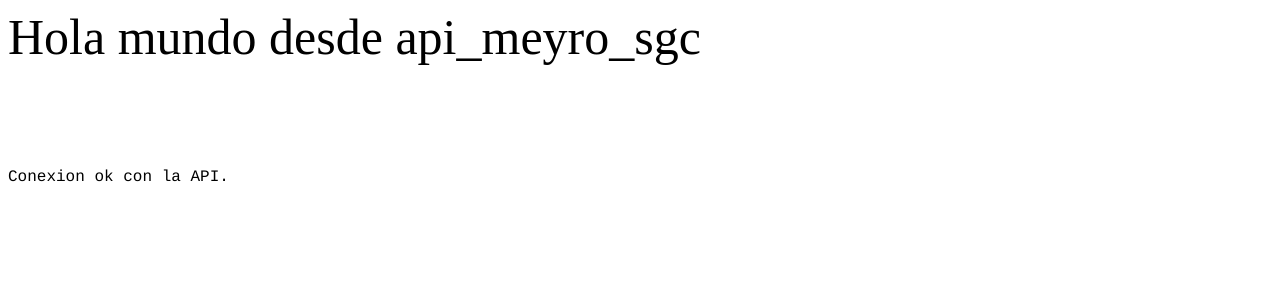
Repository: danieldebrito/api_meyro_sgc
Page: http://localhost/api_meyro_sgc/app/index.php
The author's editor kept a copy of each file at every save. The page is drawn from the files as they stood at one save, then again after the next save.
The browser window is 1280 px wide. The pictures show the whole page.
The page is run by PHP 8.4 with error messages shown; the project is at /var/www/html/.

Above is the page before, as saved 2020-01-14 21:25:49.

### app/index.php
<?php
use \Psr\Http\Message\ServerRequestInterface as Request;
use \Psr\Http\Message\ResponseInterface as Response;

require '../composer/vendor/autoload.php';
require './AccesoDatos.php';

//////////// entidades //////////////////////////////////////////////////////
require './maquinasFolder/maquinas/maquinaApi.php';
require './maquinasFolder/especificaciones/especificacionApi.php';
require './maquinasFolder/maquinaRepuestos/maquinaRepuestoApi.php';
require './maquinasFolder/maq_rep/maq_repApi.php';
require './maquinasFolder/correctivo/correctivoApi.php';

$config['displayErrorDetails'] = true;
$config['addContentLengthHeader'] = false;

$app = new \Slim\App(["settings" => $config]);

$app->get("/", function() {
  echo "
  <p style='font-size:50px;'>Hola mundo desde api_meyro_sgc</p>
  <br> <br>
  <p style='font-family:courier;'>Conexion ok con la API.</p>
  ";
});

$app->group('/maquinas', function () {
  $this->get('/', \maquinaApi::class . ':getAll');
  $this->get('/{id}', \maquinaApi::class . ':getOne');
  $this->post('/', \maquinaApi::class . ':setOne');
  $this->delete('/{id}[/]', \maquinaAPI::class . ':delete');
  $this->post('/update[/]', \maquinaApi::class . ':updateOne');
});

$app->group('/especificaciones', function () {
  $this->get('/', \especificacionApi::class . ':getAll');
  $this->get('/{id}', \especificacionApi::class . ':getOne');
  $this->post('/', \especificacionApi::class . ':setOne');
  $this->delete('/{id}[/]', \especificacionApi::class . ':delete');
  $this->post('/update[/]', \especificacionApi::class . ':updateOne');

  $this->get('/maquinas/{id}', \especificacionApi::class . ':getAllMaquina');
  $this->delete('/maquinas/{id}[/]', \especificacionApi::class . ':deleteTodosMaquina');
});

$app->group('/maquinaRepuestos', function () {
  $this->get('/', \repuestoApi::class . ':getAll');
  $this->get('/{id}', \repuestoApi::class . ':getOne');
  $this->post('/', \repuestoApi::class . ':setOne');
  $this->delete('/{id}[/]', \repuestoApi::class . ':delete');
  $this->post('/update[/]', \repuestoApi::class . ':updateOne');
  $this->get('/porMaquina/{id}[/]', \repuestoApi::class . ':getAllMachine');
});

$app->group('/correctivos', function () {
  $this->get('/', \correctivoApi::class . ':getAll');
  $this->get('/{idMantCorrect}', \correctivoApi::class . ':getOne');
  $this->post('/', \correctivoApi::class . ':setOne');
  $this->delete('/{idMantCorrect}[/]', \correctivoApi::class . ':delete');
  $this->post('/update[/]', \correctivoApi::class . ':updateOne');
});

$app->group('/maq_reps', function () {
  $this->get('/', \maq_repApi::class . ':getAll');
  $this->get('/{id}', \maq_repApi::class . ':getOne');
  $this->post('/', \maq_repApi::class . ':setOne');
  $this->delete('/{id}[/]', \maq_repApi::class . ':delete');
  $this->post('/update[/]', \maq_repApi::class . ':updateOne');
});


$app->add(function ($req, $res, $next) {
  $response = $next($req, $res);
  return $response
          ->withHeader('Access-Control-Allow-Origin', 'http://localhost:4200')
          ->withHeader('Access-Control-Allow-Headers', 'X-Requested-With, Content-Type, Accept, Origin, Authorization')
          ->withHeader('Access-Control-Allow-Methods', 'GET, POST, PUT, DELETE, PATCH, OPTIONS');
});


$app->run();

### app/AccesoDatos.php
<?php
class AccesoDatos
{
    private static $ObjetoAccesoDatos;
    private $objetoPDO;

    private function __construct()
    {
        try {
            // allytech
            // $this->objetoPDO = new PDO('mysql:host=localhost;dbname=meyro_sgc;charset=utf8', 'uv025572', '9BHMPHNirj', array(PDO::ATTR_EMULATE_PREPARES => false,PDO::ATTR_ERRMODE => PDO::ERRMODE_EXCEPTION));
            // $this->objetoPDO->exec("SET CHARACTER SET utf8");

            // local host
            $this->objetoPDO = new PDO('mysql:host=localhost;dbname=meyro_sgc;charset=utf8', 'root', '', array(PDO::ATTR_EMULATE_PREPARES => false,PDO::ATTR_ERRMODE => PDO::ERRMODE_EXCEPTION));
            $this->objetoPDO->exec("SET CHARACTER SET utf8");
            }
        catch (PDOException $e) {
            print "Error!: " . $e->getMessage();
            die();
        }
    }

    public function RetornarConsulta($sql)
    {
        return $this->objetoPDO->prepare($sql);
    }
     public function RetornarUltimoIdInsertado()
    {
        return $this->objetoPDO->lastInsertId();
    }

    public static function dameUnObjetoAcceso()
    {
        if (!isset(self::$ObjetoAccesoDatos)) {
            self::$ObjetoAccesoDatos = new AccesoDatos();
        }
        return self::$ObjetoAccesoDatos;
    }


     // Evita que el objeto se pueda clonar
    public function __clone()
    {
        trigger_error('La clonación de este objeto no está permitida', E_USER_ERROR);
    }
}
?>

### app/maquinasFolder/maquinas/maquinaApi.php
<?php
require_once 'maquina.php';
// require_once 'IApiUsable.php';

class maquinaApi extends maquina /* implements IApiUsable */ {

	public function getAll($request, $response, $args) {
		$todos=maquina::TraerTodos();
		$newResponse = $response->withJson($todos, 200);
		return $newResponse;
	}

	public function getOne($request, $response, $args) {
		$id=$args['id'];
	 	$maquinaRetorno = maquina::TraerUno($id);
		$newResponse = $response->withJson($maquinaRetorno, 200);
	 	return $newResponse;
 }

 public function setOne($request, $response, $args) {
		$ArrayDeParametros = $request->getParsedBody();

		$idMaquina = $ArrayDeParametros['idMaquina'];
		$detalle = $ArrayDeParametros['detalle'];
		$marca = $ArrayDeParametros['marca'];
		$sector = $ArrayDeParametros['sector'];
		$estado = $ArrayDeParametros['estado'];
		$urlImagen = $ArrayDeParametros['urlImagen'];
		$fabricanteNombre = $ArrayDeParametros['fabricanteNombre'];
		$fabricanteDireccion = $ArrayDeParametros['fabricanteDireccion'];
		$fabricanteTelefono = $ArrayDeParametros['fabricanteTelefono'];
		$fabricanteContacto = $ArrayDeParametros['fabricanteContacto'];

		$entity = new maquina();

		$entity->idMaquina=$idMaquina;
		$entity->detalle=$detalle;
		$entity->marca=$marca;
		$entity->sector=$sector;
		$entity->estado=$estado;
		$entity->urlImagen=$urlImagen;
		$entity->fabricanteNombre=$fabricanteNombre;
		$entity->fabricanteDireccion=$fabricanteDireccion;
		$entity->fabricanteTelefono=$fabricanteTelefono;
		$entity->fabricanteContacto=$fabricanteContacto;

		$entity->CargarUno();

		$response->getBody()->write("true");

		return $response;
}

    public function delete($request,$response,$args){
        $id = $args["id"];
        $respuesta = maquina::Baja($id);
        $newResponse = $response->withJson($respuesta,200);
        return $newResponse;
    }

	public function updateOne($request, $response, $args) {

		$ArrayDeParametros = $request->getParsedBody();

	   $entity = new maquina();

	   $entity->idMaquina=$ArrayDeParametros["idMaquina"];
	   $entity->detalle=$ArrayDeParametros["detalle"];
	   $entity->marca=$ArrayDeParametros["marca"];
	   $entity->sector=$ArrayDeParametros["sector"];
	   $entity->estado=$ArrayDeParametros["estado"];
	   $entity->urlImagen=$ArrayDeParametros["urlImagen"];
	   $entity->fabricanteNombre=$ArrayDeParametros["fabricanteNombre"];
	   $entity->fabricanteDireccion=$ArrayDeParametros["fabricanteDireccion"];
	   $entity->fabricanteTelefono=$ArrayDeParametros["fabricanteTelefono"];
	   $entity->fabricanteContacto=$ArrayDeParametros["fabricanteContacto"];

		$resultado = $entity->ModificarUno();
		$objDelaRespuesta= new stdclass();

	   $objDelaRespuesta->resultado=$resultado;
	   return $response->withJson($objDelaRespuesta, 200);
   }
}

### app/maquinasFolder/especificaciones/especificacionApi.php
<?php
require_once 'especificacion.php';
// require_once 'IApiUsable.php';

class especificacionApi extends especificacion /* implements IApiUsable */ {

	public function getAll($request, $response, $args) {
		$todos=Especificacion::TraerTodos();
		$newResponse = $response->withJson($todos, 200);
		return $newResponse;
	}

	public function getOne($request, $response, $args) {
		$id=$args['id'];
	 	$ret = Especificacion::TraerUno($id);
		$newResponse = $response->withJson($ret, 200);
	 	return $newResponse;
 }

 public function setOne($request, $response, $args) {
		$ArrayDeParametros = $request->getParsedBody();

		//$idEspecificacion = $ArrayDeParametros['idEspecificacion'];  AI
		$idMaquina = $ArrayDeParametros['idMaquina'];
		$detalle = $ArrayDeParametros['detalle'];

		$ent = new Especificacion();

		//$ent->idEspecificacion=$idEspecificacion;
		$ent->idMaquina=$idMaquina;
		$ent->detalle=$detalle;

		$ent->CargarUno();

		$response->getBody()->write("true");

		return $response;
}

    public function delete($request,$response,$args){
        $id = $args["id"];
        $respuesta = Especificacion::Baja($id);
        $newResponse = $response->withJson($respuesta,200);
        return $newResponse;
    }

public function updateOne($request, $response, $args) {
		$ArrayDeParametros = $request->getParsedBody();

		$me = new Especificacion();

		$me->idEspecificacion = $ArrayDeParametros['idEspecificacion'];
		$me->idMaquina = $ArrayDeParametros['idMaquina'];
		$me->detalle = $ArrayDeParametros['detalle'];

		$resultado = $me->ModificarUno();

		$objDelaRespuesta= new stdclass();
		$objDelaRespuesta->resultado = $resultado;

		return $response->withJson($objDelaRespuesta, 200);
	}

	public function getAllMaquina($request, $response, $args) {
		$idMaquina = $args['id'];
	 	$ret = Especificacion::TraerTodosMaquina($idMaquina);
		$newResponse = $response->withJson($ret, 200);
	 	return $newResponse;
	 }

	 public function deleteTodosMaquina($request,$response,$args){
        $id = $args["id"];
        $respuesta = Especificacion::BajaTodosMaquina($id);
        $newResponse = $response->withJson($respuesta,200);
        return $newResponse;
    }
}

### app/maquinasFolder/maquinarepuestos/maquinaRepuestoApi.php
<?php
require_once 'maquinaRepuesto.php';
// require_once 'IApiUsable.php';

class repuestoApi extends repuesto /* implements IApiUsable */ {

	public function getAll($request, $response, $args) {
		$todos=Repuesto::TraerTodos();
		$newResponse = $response->withJson($todos, 200);
		return $newResponse;
	}

	public function getOne($request, $response, $args) {
		$id=$args['id'];
	 	$ret = Repuesto::TraerUno($id);
		$newResponse = $response->withJson($ret, 200);
	 	return $newResponse;
 	}

 	public function setOne($request, $response, $args) {
		$ArrayDeParametros = $request->getParsedBody();

		//$idRepuesto = $ArrayDeParametros['idRepuesto'];
		$detalle = $ArrayDeParametros['detalle'];
		$marca = $ArrayDeParametros['marca'];
		$codigo = $ArrayDeParametros['codigo'];

		$ent = new Repuesto();

		//$ent->idRepuesto=$idRepuesto;
		$ent->detalle=$detalle;
		$ent->marca=$marca;
		$ent->codigo=$codigo;

		$response = $ent->CargarUno();  // retorna el ultimo id insertado

		// $response->getBody()->write("true");

		return $response;
	}

    public function delete($request,$response,$args){
        $id = $args["id"];
        $respuesta = Repuesto::Baja($id);
        $newResponse = $response->withJson($respuesta,200);
        return $newResponse;
    }

	public function updateOne($request, $response, $args) {
		$ArrayDeParametros = $request->getParsedBody();

		$me = new Repuesto();

		$me->idRepuesto = $ArrayDeParametros['idRepuesto'];
		$me->detalle = $ArrayDeParametros['detalle'];
		$me->marca = $ArrayDeParametros['marca'];
		$me->codigo = $ArrayDeParametros['codigo'];

		$resultado = $me->ModificarUno();

		$objDelaRespuesta= new stdclass();
		$objDelaRespuesta->resultado = $resultado;

		return $response->withJson($objDelaRespuesta, 200);
	}

}

### app/maquinasFolder/maquinarepuestos/maquinaRepuesto.php
<?php
class Repuesto{
	 public $idRepuesto;
	 public $detalle;
	 public $marca;
	 public $codigo;

	public static function TraerTodos(){
		$objetoAccesoDato = AccesoDatos::dameUnObjetoAcceso();
		$consulta =$objetoAccesoDato->RetornarConsulta(
			"SELECT * FROM `maquinarepuestos` WHERE 1"
		);
		$consulta->execute();
		return $consulta->fetchAll(PDO::FETCH_CLASS, "Repuesto");
	}

	public static function TraerUno($id) {
		$objetoAccesoDato = AccesoDatos::dameUnObjetoAcceso();
		$consulta =$objetoAccesoDato->RetornarConsulta(
			"SELECT * FROM `maquinarepuestos` WHERE `idRepuesto` = $id"
		);
		$consulta->execute();
		$ret = $consulta->fetchObject('Repuesto');
		return $ret;
	}

	public function CargarUno(){
		$objetoAccesoDato = AccesoDatos::dameUnObjetoAcceso();
		$consulta =$objetoAccesoDato->RetornarConsulta(
			"INSERT INTO `maquinarepuestos`(`detalle`, `marca`, `codigo`)
			VALUES (:detalle, :marca, :codigo)"
			);

		// AI // $consulta->bindValue(':idRepuesto', $this->idMaquina, PDO::PARAM_STR);
		$consulta->bindValue(':detalle', $this->detalle, PDO::PARAM_STR);
		$consulta->bindValue(':marca', $this->marca, PDO::PARAM_STR);
		$consulta->bindValue(':codigo', $this->codigo, PDO::PARAM_STR);

		$consulta->execute();
		return $objetoAccesoDato->RetornarUltimoIdInsertado();
	}

	public static function Baja($id) {
        try {
            $objetoAccesoDato = AccesoDatos::dameUnObjetoAcceso();

            $consulta = $objetoAccesoDato->RetornarConsulta(
				"DELETE FROM `maquinarepuestos` WHERE `idRepuesto` = $id"
			);

            $consulta->bindValue(':idRepuesto', $id, PDO::PARAM_STR);

            $consulta->execute();

            $respuesta = array("Estado" => true, "Mensaje" => "Eliminado Correctamente");
        } catch (Exception $e) {
            $mensaje = $e->getMessage();
            $respuesta = array("Estado" => false, "Mensaje" => "$mensaje");
        }
        finally {
            return $respuesta;
        }
	}

	public function ModificarUno(){
		$objetoAccesoDato = AccesoDatos::dameUnObjetoAcceso();

		$consulta = $objetoAccesoDato->RetornarConsulta(
			"UPDATE `maquinarepuestos`
			SET `marca`=:marca,`codigo`=:codigo,`detalle`=:detalle
			WHERE  `idRepuesto` = :idRepuesto");

			$consulta->bindValue(':idRepuesto', $this->idRepuesto, PDO::PARAM_STR);
			$consulta->bindValue(':marca', $this->marca, PDO::PARAM_STR);
			$consulta->bindValue(':codigo', $this->codigo, PDO::PARAM_STR);
			$consulta->bindValue(':detalle', $this->detalle, PDO::PARAM_STR);

		return $consulta->execute();
	}
}

### app/maquinasFolder/maq_rep/maq_repApi.php
<?php
require_once 'maq_rep.php';
// require_once 'IApiUsable.php';

class maq_repApi extends maq_rep /* implements IApiUsable */ {

	public function getAll($request, $response, $args) {
		$todos=maq_rep::TraerTodos();
		$newResponse = $response->withJson($todos, 200);
		return $newResponse;
	}

	public function getOne($request, $response, $args) {
		$id=$args['id'];
	 	$ret = maq_rep::TraerUno($id);
		$newResponse = $response->withJson($ret, 200);
	 	return $newResponse;
	}

 	public function setOne($request, $response, $args) {
		$ArrayDeParametros = $request->getParsedBody();

		//$idMaqRep = $ArrayDeParametros['idMaqRep'];  AI
		$idMaquina = $ArrayDeParametros['idMaquina'];
		$idRepuesto = $ArrayDeParametros['idRepuesto'];

		$ent = new maq_rep();

		//$ent->idEspecificacion=$idEspecificacion;
		$ent->idMaquina=$idMaquina;
		$ent->idRepuesto=$idRepuesto;

		$ent->CargarUno();

		$response->getBody()->write("true");

		return $response;
	}

    public function delete($request,$response,$args){
        $id = $args["id"];
        $respuesta = idmaq_rep::Baja($id);
        $newResponse = $response->withJson($respuesta,200);
        return $newResponse;
	}

	public function updateOne($request, $response, $args) {
		$ArrayDeParametros = $request->getParsedBody();

		$me = new Especificacion();

		$me->idMaqRep = $ArrayDeParametros['idMaqRep'];
		$me->idMaquina = $ArrayDeParametros['idMaquina'];
		$me->idRepuesto = $ArrayDeParametros['idRepuesto'];

		$resultado = $me->ModificarUno();

		$objDelaRespuesta= new stdclass();
		$objDelaRespuesta->resultado = $resultado;

		return $response->withJson($objDelaRespuesta, 200);
	}

		///////////////////////////////////  end CRUD /////////////////////////////////////////////

		public function getAllMachina($request, $response, $args) {
			$id=$args['id'];
			 $ret = maq_rep::TraerTodosMaquina($id);
			$newResponse = $response->withJson($ret, 200);
			 return $newResponse;
		}

}

### app/maquinasFolder/correctivo/correctivoApi.php
<?php
require_once 'correctivo.php';

class correctivoApi extends correctivo
{
	public function getAll($request, $response, $args) {
		$todos=correctivo::TraerTodos();
		$newResponse = $response->withJson($todos, 200);

        return $newResponse;
    }

	public function getOne($request, $response, $args) {
		$id=$args['idMantCorrect'];
	 	$maquinaRetorno = correctivo::TraerUno($id);
		$newResponse = $response->withJson($maquinaRetorno, 200);

        return $newResponse;
    }

    public function setOne($request, $response, $args) {
		$ArrayDeParametros = $request->getParsedBody();

		$entity = new correctivo();

		//$entity->idMantCorrect=$ArrayDeParametros['idMantCorrect'];  // AI //
		$entity->idMaquina=$ArrayDeParametros['idMaquina'];
		$entity->fechaSolicitud=$ArrayDeParametros['fechaSolicitud'];
		$entity->solicitante=$ArrayDeParametros['solicitante'];
		$entity->fechaReparacion=$ArrayDeParametros['fechaReparacion'];
        $entity->mantRealizar=$ArrayDeParametros['mantRealizar'];
		$entity->realizadoPor=$ArrayDeParametros['realizadoPor'];
		$entity->fechaReparado=$ArrayDeParametros['fechaReparado'];
		$entity->horaReparado=$ArrayDeParametros['horaReparado'];
		$entity->mantRealizado=$ArrayDeParametros['mantRealizado'];

		$response = $entity->CargarUno();

		return $response;
    }

    public function delete($request,$response,$args){
        $id = $args["idMantCorrect"];
        $respuesta = correctivo::Baja($id);
        $newResponse = $response->withJson($respuesta,200);

        return $newResponse;
    }

	public function updateOne($request, $response, $args) {
	    $ArrayDeParametros = $request->getParsedBody();

	    $entity = new correctivo();

        $entity->idMantCorrect=$ArrayDeParametros['idMantCorrect'];
        $entity->idMaquina=$ArrayDeParametros['idMaquina'];
        $entity->fechaSolicitud=$ArrayDeParametros['fechaSolicitud'];
        $entity->solicitante=$ArrayDeParametros['solicitante'];
        $entity->fechaReparacion=$ArrayDeParametros['fechaReparacion'];
        $entity->mantRealizar=$ArrayDeParametros['mantRealizar'];
        $entity->realizadoPor=$ArrayDeParametros['realizadoPor'];
        $entity->fechaReparado=$ArrayDeParametros['fechaReparado'];
        $entity->horaReparado=$ArrayDeParametros['horaReparado'];
        $entity->mantRealizado=$ArrayDeParametros['mantRealizado'];

	    $resultado = $entity->ModificarUno();
		$objDelaRespuesta= new stdclass();

	    $objDelaRespuesta->resultado=$resultado;

        return $response->withJson($objDelaRespuesta, 200);
   }

   ///////////////////////////////////  end CRUD /////////////////////////////////////////////

    public function getAllMachina($request, $response, $args) {
    $id=$args['id'];
     $ret = correctivo::TraerTodosMaquina($id);
    $newResponse = $response->withJson($ret, 200);
     return $newResponse;
    }
}

### app/sectores/sectorApi.php
<?php
require_once 'sector.php';
require_once 'IApiUsable.php';

class sectorApi extends sector implements IApiUsable {

	public function getAll($request, $response, $args) {

		$todos=sector::TraerTodos();

		$newResponse = $response->withJson($todos, 200);
		return $newResponse;
	}

	public function getOne($request, $response, $args) {

		$id=$args['id'];
	 	$ret = sector::TraerUno($id);
		$newResponse = $response->withJson($ret, 200);
	 	return $newResponse;
	}

 	public function setOne($request, $response, $args) {
		$ArrayDeParametros = $request->getParsedBody();

		$ent = new sector();

		$ent->sector = $ArrayDeParametros['sector'];

		$ent->CargarUno();

		$response->getBody()->write("true");

		return $response;
	}

    public function deleteOne($request,$response,$args){

        $id = $args["id"];
        $respuesta = sector::Baja($id);
        $newResponse = $response->withJson($respuesta,200);
        return $newResponse;
	}

	public function updateOne($request, $response, $args) {
		$ArrayDeParametros = $request->getParsedBody();

		$me = new sector();

		$me->idSector = $ArrayDeParametros['idSector'];
		$me->sector = $ArrayDeParametros['sector'];

		$resultado = $me->ModificarUno();

		$objDelaRespuesta= new stdclass();
		$objDelaRespuesta->resultado = $resultado;

		return $response->withJson($objDelaRespuesta, 200);
	}

	public function getId($request, $response, $args) {

		$sector=$args['sector'];
	 	$ret = sector::TraerId($sector);
		$newResponse = $response->withJson($ret, 200);
	 	return $newResponse;
	}
}

### app/sectores/sector.php
<?php
class sector
{
	public $idSector;  // AI  //
 	public $sector;

	public static function TraerTodos(){
		try {
			$objetoAccesoDato = AccesoDatos::dameUnObjetoAcceso();
			$consulta =$objetoAccesoDato->RetornarConsulta(
				"SELECT * FROM `sectores`"
			);
			$consulta->execute();

			$ret = $consulta->fetchAll(PDO::FETCH_CLASS, "sector");
		} catch (Exception $e) {
			$mensaje = $e->getMessage();
			$respuesta = array("Estado" => "ERROR", "Mensaje" => "$mensaje");
		} finally {
			return $ret;
		}
	}

	public static function TraerUno($id) {
		try {
			$objetoAccesoDato = AccesoDatos::dameUnObjetoAcceso();
			$consulta =$objetoAccesoDato->RetornarConsulta(
				"SELECT * FROM `sectores` WHERE `idSector` = $id"
			);

			$consulta->execute();
			$ret = $consulta->fetchObject('sector');

		} catch (Exception $e) {
            $mensaje = $e->getMessage();
            $respuesta = array("Estado" => "ERROR", "Mensaje" => "$mensaje");
        } finally {
            return $ret;
        }
	}

	public function CargarUno(){
		$objetoAccesoDato = AccesoDatos::dameUnObjetoAcceso();
		$consulta =$objetoAccesoDato->RetornarConsulta(
			"INSERT INTO `sectores`(`sector`) VALUES (:sector)"
		);

		$consulta->bindValue(':sector', $this->sector, PDO::PARAM_STR);

		$consulta->execute();
		return $objetoAccesoDato->RetornarUltimoIdInsertado();
	}

	public static function Baja($id){
        try {
            $objetoAccesoDato = AccesoDatos::dameUnObjetoAcceso();

            $consulta = $objetoAccesoDato->RetornarConsulta(
				"DELETE FROM `sectores` WHERE `idSector` = $id");

            $consulta->bindValue(':idSector', $id, PDO::PARAM_INT);

            $consulta->execute();

            $respuesta = array("Estado" => true, "Mensaje" => "Eliminado Correctamente");
        } catch (Exception $e) {
            $mensaje = $e->getMessage();
            $respuesta = array("Estado" => false, "Mensaje" => "$mensaje");
        }
        finally {
            return $respuesta;
        }
    }

	public function ModificarUno(){
		$objetoAccesoDato = AccesoDatos::dameUnObjetoAcceso();

		$consulta = $objetoAccesoDato->RetornarConsulta(
			"UPDATE `sectores` SET `sector`= :sector WHERE `idSector` = :idSector"
			 );

			$consulta->bindValue(':idSector', $this->idSector, PDO::PARAM_INT);
			$consulta->bindValue(':sector', $this->sector, PDO::PARAM_STR);

		return $consulta->execute();
	}

	public static function TraerId($sector) {
		try {
			$objetoAccesoDato = AccesoDatos::dameUnObjetoAcceso();
			$consulta =$objetoAccesoDato->RetornarConsulta(
				"SELECT * FROM `sectores` WHERE `sector` = $sector"
			);

			$consulta->execute();
			$ret = $consulta->fetchObject('sector');

		} catch (Exception $e) {
            $mensaje = $e->getMessage();
            $respuesta = array("Estado" => "ERROR", "Mensaje" => "$mensaje");
        } finally {
            return $ret;
        }
	}
}

### app/IApiUsable.php
<?php

interface IApiUsable{
   	public function getOne($request, $response, $args);
   	public function getAll($request, $response, $args);
   	public function setOne($request, $response, $args);
   	public function deleteOne($request, $response, $args);
   	public function updateOne($request, $response, $args);

}

Loaded but not shown: app/maquinasFolder/correctivo/correctivo.php (172 lines, source omitted); app/maquinasFolder/maquinas/maquina.php (150 lines, source omitted); app/maquinasFolder/especificaciones/especificacion.php (117 lines, source omitted); app/maquinasFolder/maq_rep/maq_rep.php (124 lines, source omitted)

After the next save:
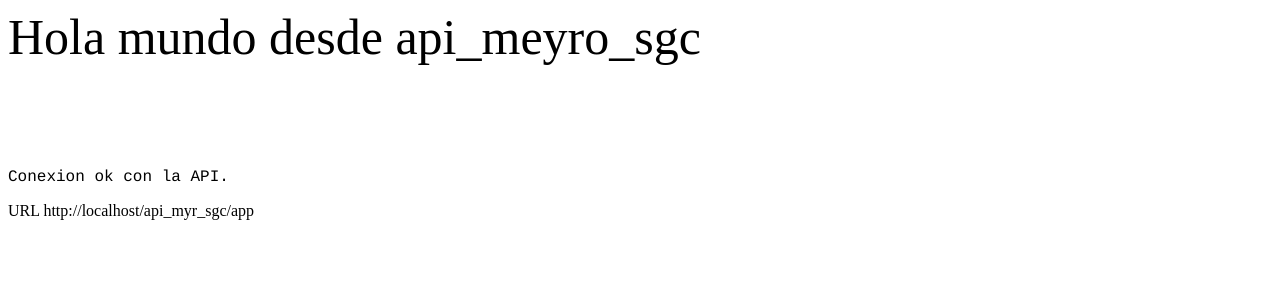
Saved 7 min 28 s later.
--- a/app/index.php
+++ b/app/index.php
@@ -8,9 +8,10 @@
 //////////// entidades //////////////////////////////////////////////////////
 require './maquinasFolder/maquinas/maquinaApi.php';
 require './maquinasFolder/especificaciones/especificacionApi.php';
-require './maquinasFolder/maquinaRepuestos/maquinaRepuestoApi.php';
+require './maquinasFolder/maquinarepuestos/maquinaRepuestoApi.php';
 require './maquinasFolder/maq_rep/maq_repApi.php';
 require './maquinasFolder/correctivo/correctivoApi.php';
+require './sectores/sectorApi.php';
 
 $config['displayErrorDetails'] = true;
 $config['addContentLengthHeader'] = false;
@@ -22,8 +23,15 @@
   <p style='font-size:50px;'>Hola mundo desde api_meyro_sgc</p>
   <br> <br>
   <p style='font-family:courier;'>Conexion ok con la API.</p>
+
+
+  URL
+  http://localhost/api_myr_sgc/app
+
   ";
 });
+
+
 
 $app->group('/maquinas', function () {
   $this->get('/', \maquinaApi::class . ':getAll');
@@ -50,7 +58,6 @@
   $this->post('/', \repuestoApi::class . ':setOne');
   $this->delete('/{id}[/]', \repuestoApi::class . ':delete');
   $this->post('/update[/]', \repuestoApi::class . ':updateOne');
-  $this->get('/porMaquina/{id}[/]', \repuestoApi::class . ':getAllMachine');
 });
 
 $app->group('/correctivos', function () {
@@ -59,24 +66,73 @@
   $this->post('/', \correctivoApi::class . ':setOne');
   $this->delete('/{idMantCorrect}[/]', \correctivoApi::class . ':delete');
   $this->post('/update[/]', \correctivoApi::class . ':updateOne');
+
+  $this->get('/maquina/{id}', \correctivoApi::class . ':getAllMachina');
+
 });
 
-$app->group('/maq_reps', function () {
+$app->group('/MaqRto', function () {
   $this->get('/', \maq_repApi::class . ':getAll');
   $this->get('/{id}', \maq_repApi::class . ':getOne');
   $this->post('/', \maq_repApi::class . ':setOne');
   $this->delete('/{id}[/]', \maq_repApi::class . ':delete');
   $this->post('/update[/]', \maq_repApi::class . ':updateOne');
+
+  $this->get('/maquina/{id}', \maq_repApi::class . ':getAllMachina');
+
+});
+
+$app->group('/sectores', function () {
+  $this->get('/', \sectorApi::class . ':getAll');
+  $this->get('/{id}', \sectorApi::class . ':getOne');
+  $this->post('/', \sectorApi::class . ':setOne');
+  $this->delete('/{id}[/]', \sectorApi::class . ':deleteOne');
+  $this->post('/update[/]', \sectorApi::class . ':updateOne');
+
+  $this->get('/sector/{sector}', \sectorApi::class . ':getId');
+
 });
 
 
 $app->add(function ($req, $res, $next) {
   $response = $next($req, $res);
   return $response
-          ->withHeader('Access-Control-Allow-Origin', 'http://localhost:4200')
-          ->withHeader('Access-Control-Allow-Headers', 'X-Requested-With, Content-Type, Accept, Origin, Authorization')
-          ->withHeader('Access-Control-Allow-Methods', 'GET, POST, PUT, DELETE, PATCH, OPTIONS');
+    ->withHeader('Access-Control-Allow-Origin', 'http://localhost:4200')
+    ->withHeader('Access-Control-Allow-Headers', 'X-Requested-With, Content-Type, Accept, Origin, Authorization')
+    ->withHeader('Access-Control-Allow-Methods', 'GET, POST, PUT, DELETE, PATCH, OPTIONS');
 });
 
 
 $app->run();
+
+/*
+
+$app->add(function ($req, $res, $next) {
+  $response = $next($req, $res);
+  return $response
+    ->withHeader('Access-Control-Allow-Origin', 'http://danieldebrito.com.ar')
+    ->withHeader('Access-Control-Allow-Headers', 'X-Requested-With, Content-Type, Accept, Origin, Authorization')
+    ->withHeader('Access-Control-Allow-Methods', 'GET, POST, PUT, DELETE, PATCH, OPTIONS');
+});
+
+*/
+
+/*
+
+$app->add(function ($req, $res, $next) {
+  $response = $next($req, $res);
+  return $response
+  ->withHeader('Access-Control-Allow-Origin', 'http://localhost:4200')
+  ->withHeader('Access-Control-Allow-Headers', 'X-Requested-With, Content-Type, Accept, Origin, Authorization')
+    ->withHeader('Access-Control-Allow-Methods', 'GET, POST, PUT, DELETE, PATCH, OPTIONS');
+});
+
+$app->add(function ($req, $res, $next) {
+  $response = $next($req, $res);
+  return $response
+    ->withHeader('Access-Control-Allow-Origin', 'http://juntasmeyro.com.ar')
+    ->withHeader('Access-Control-Allow-Headers', 'X-Requested-With, Content-Type, Accept, Origin, Authorization')
+    ->withHeader('Access-Control-Allow-Methods', 'GET, POST, PUT, DELETE, PATCH, OPTIONS');
+});
+
+*/
